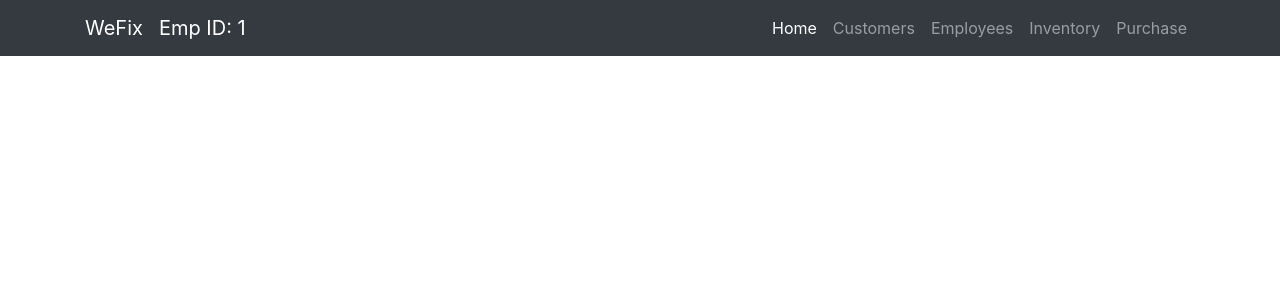
Repository: Map2g/WeFixPOS
Page: http://localhost/queries/top.php
The author's editor kept a record of every edit. The page is drawn from the files as they stood at one moment, then again after the next edit.
The browser window is 1280 px wide. The pictures show the whole page.
The page is run by PHP 8.4 with error messages shown; the project is at /var/www/html/. The session is filled in as if someone had signed in: {"EmpID": 1}.

Above is the page before.

After the next edit:
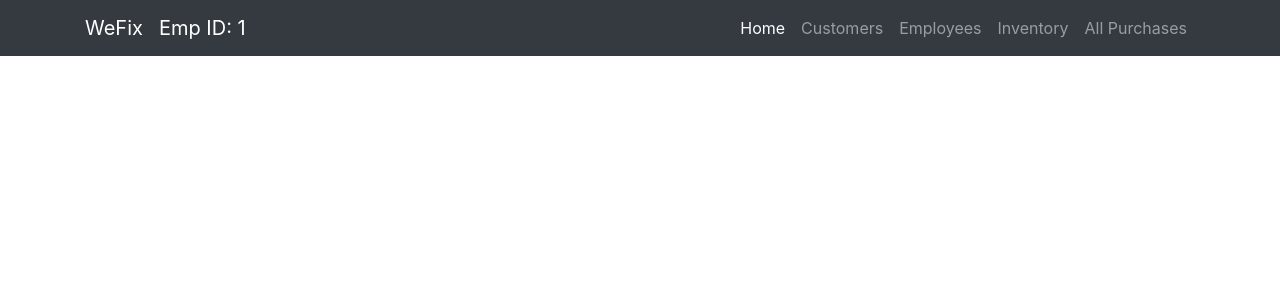
The edit:
--- a/queries/top.php
+++ b/queries/top.php
@@ -45,7 +45,7 @@
             <a class="nav-link" href="Inventory.php">Inventory</a>
           </li>
           <li class="nav-item">
-            <a class="nav-link" href="Purchase.php">Purchase</a>
+            <a class="nav-link" href="Purchase.php">All Purchases</a>
           </li>
         </ul>
       </div>
